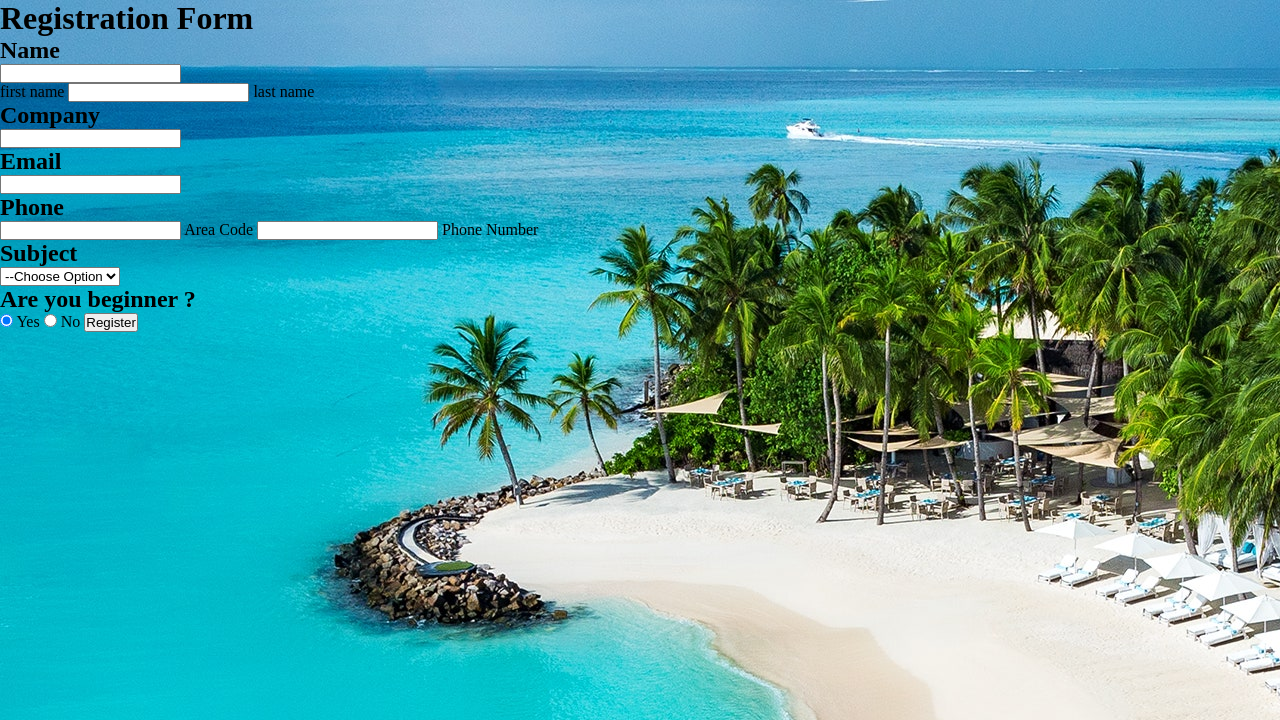
Repository: sudeepa88/Registration-Form
Page: registration.html
An editor plug-in stored every save of this project. The page is shown before and after the next save, followed by the edit.
The browser window is 1280 px wide. The pictures show the whole page.

Above is the page before, as saved 2022-01-11 22:42:45.

After the next save:
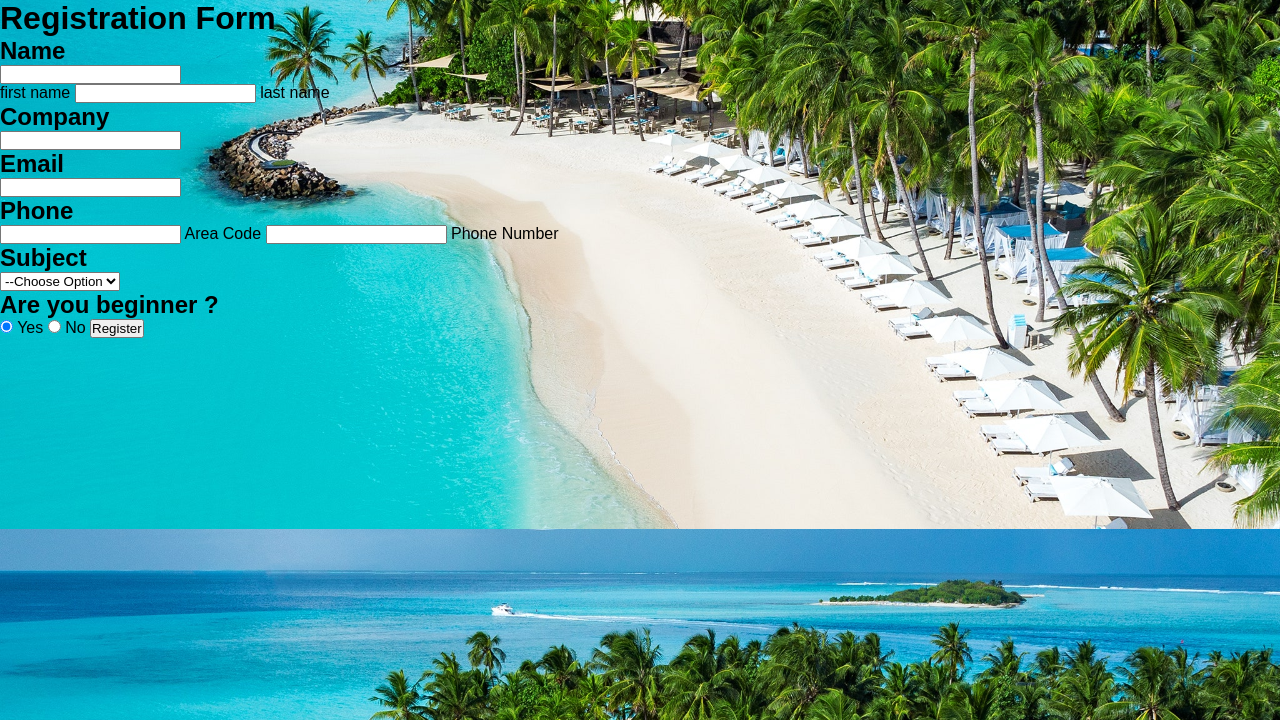
Saved 3 min 48 s later.
--- a/registration.html
+++ b/registration.html
@@ -12,6 +12,9 @@
         }
        body{
            background-image: url(img/beach.jpeg);
+           background-position: center;
+           background-size: cover;
+           font-family: sans-serif;
        }
     </style>
 </head>
